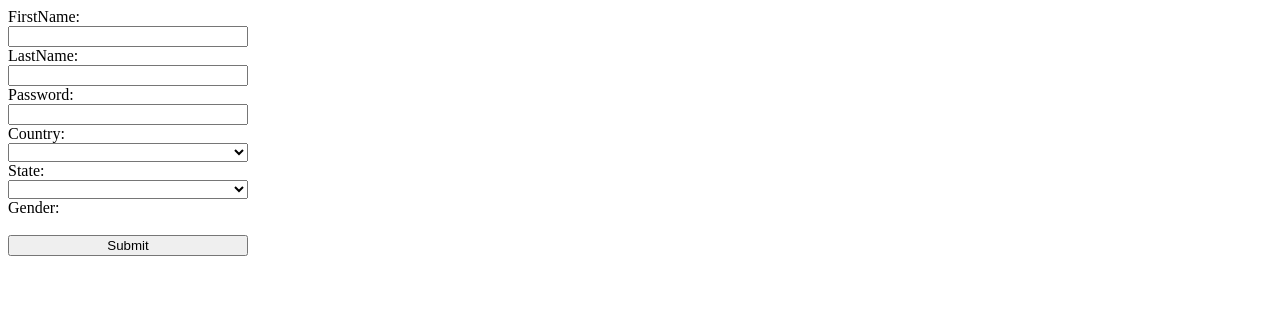
Repository: Vijay-aura/Wicket
Page: wicket-practice/src/main/java/com/form/InputFieldsPage.html
The author's editor kept a copy of each file at every save. The page is drawn from the files as they stood at one save, then again after the next save.
The browser window is 1280 px wide. The pictures show the whole page.

Above is the page before, as saved 2024-03-05 06:54:00.

After the next save:
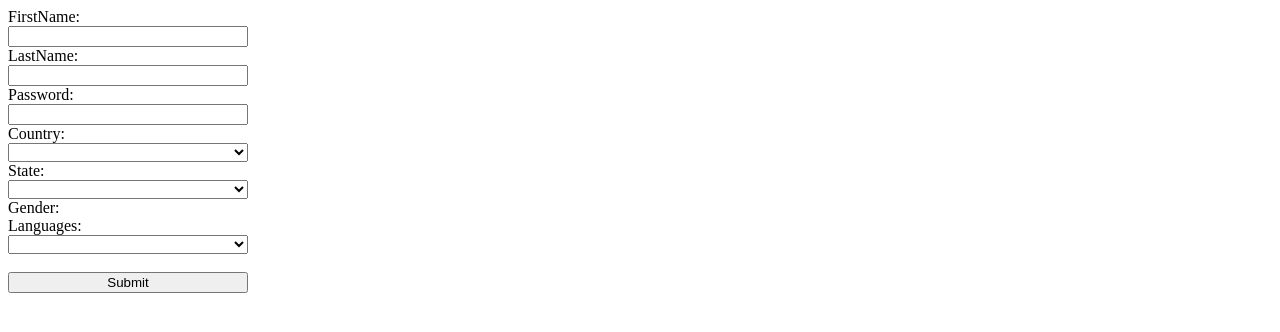
Saved 30 s later.
--- a/wicket-practice/src/main/java/com/form/InputFieldsPage.html
+++ b/wicket-practice/src/main/java/com/form/InputFieldsPage.html
@@ -22,6 +22,7 @@
 		Country: <select wicket:id="country"></select>
 		State: <select wicket:id="state"></select>
 		Gender: <span wicket:id="gender"></span>
+		Languages: <select wicket:id="languages"></select>
 		<br><button wicket:id="button">Submit</button>
 	</form>
 	<div wicket:id="detailsContainer">
